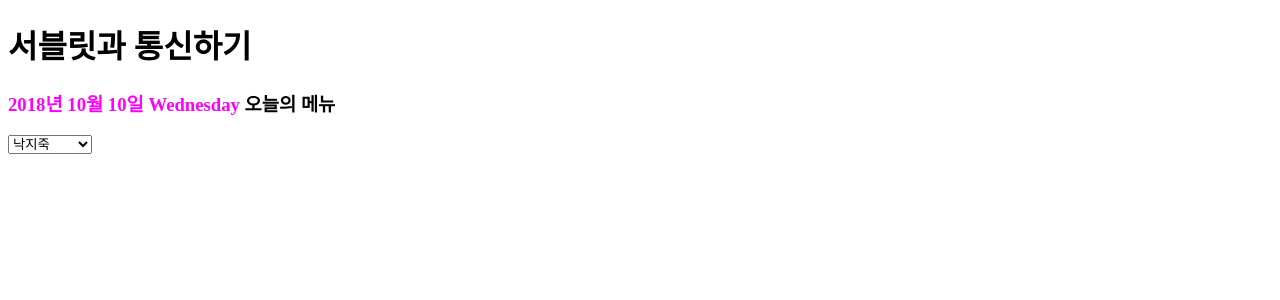
Repository: steeveelee2/WEB_Study
Page: http://localhost/jspProject/views/04_lunchMenuSelect.jsp
An editor plug-in stored every save of this project. The page is shown before and after the next save, followed by the edit.
The browser window is 1280 px wide. The pictures show the whole page.
The page is served by Tomcat 9. Other server files are loaded and not shown.

Above is the page before, as saved 2018-10-15 03:24:24.

### webWorkspace/jspProject/web/views/04_lunchMenuSelect.jsp
<%@ page language="java" contentType="text/html; charset=UTF-8"
    pageEncoding="UTF-8"%>
<!DOCTYPE html>
<html>
<head>
<meta charset="UTF-8">
<title>JSP 테스트 4</title>
</head>
<body>
	<h1>서블릿과 통신하기</h1>
	<h3><%@ include file="today.jsp" %> 오늘의 메뉴</h3>
	<select name="menuSelect">
		<option value="낙지죽">낙지죽</option>
		<option value="닭갈비">닭갈비</option>
		<option value="김치볶음밥">김치볶음밥</option>
		<option value="나쵸">나쵸</option>
		<option value="김치찌개">김치찌개</option>
	</select>
</body>
</html>

### webWorkspace/jspProject/web/views/today.jsp
<%@ page language="java" contentType="text/html; charset=UTF-8"
    pageEncoding="UTF-8"%>
<%@ page import="java.util.*" %>
<%
	Date now=new Date();
	String today=String.format("%tY년 %tm월 %td일 %tA",now,now,now,now);
%>

<span style="color:magenta;"><%=today %></span>

After the next save:
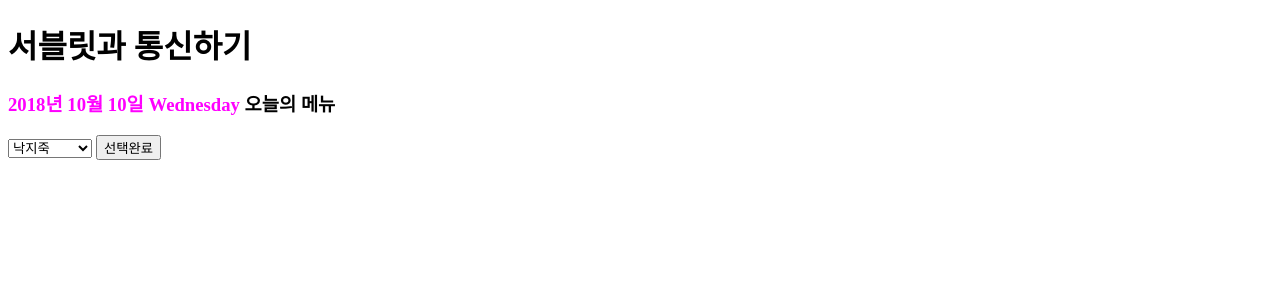
Saved 2 min 20 s later.
--- a/webWorkspace/jspProject/web/views/04_lunchMenuSelect.jsp
+++ b/webWorkspace/jspProject/web/views/04_lunchMenuSelect.jsp
@@ -9,12 +9,16 @@
 <body>
 	<h1>서블릿과 통신하기</h1>
 	<h3><%@ include file="today.jsp" %> 오늘의 메뉴</h3>
-	<select name="menuSelect">
-		<option value="낙지죽">낙지죽</option>
-		<option value="닭갈비">닭갈비</option>
-		<option value="김치볶음밥">김치볶음밥</option>
-		<option value="나쵸">나쵸</option>
-		<option value="김치찌개">김치찌개</option>
-	</select>
+	<form action="">
+		<select name="menuSelect">
+			<option value="낙지죽">낙지죽</option>
+			<option value="닭갈비">닭갈비</option>
+			<option value="김치볶음밥">김치볶음밥</option>
+			<option value="나쵸">나쵸</option>
+			<option value="김치찌개">김치찌개</option>
+		</select>
+
+		<button type="submit">선택완료</button>
+	</form>
 </body>
 </html>
